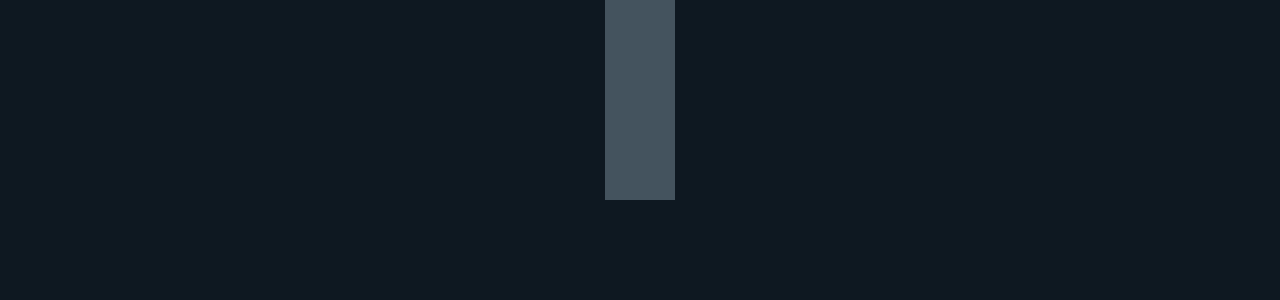
Repository: MarkLester10/TrafficLights
Page: index.html
The author's editor kept a copy of each file at every save. The page is drawn from the files as they stood at one save, then again after the next save.
The browser window is 1280 px wide. The pictures show the whole page.

Above is the page before, as saved 2020-06-24 15:51:54.

After the next save:
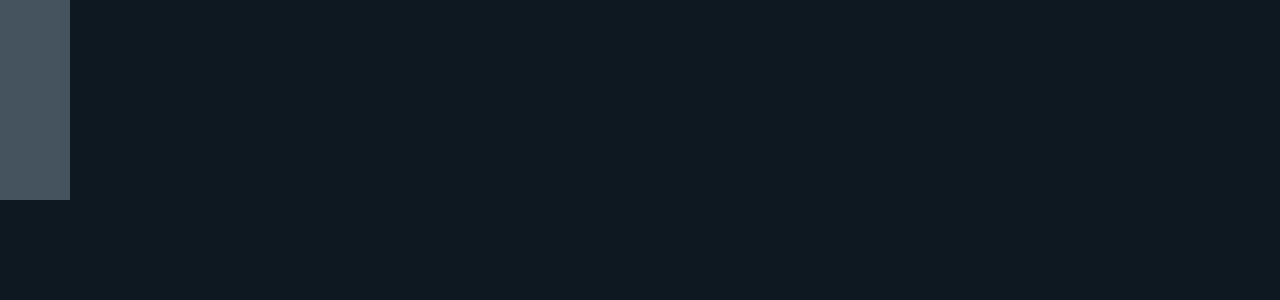
Saved 8 s later.
--- a/index.css
+++ b/index.css
@@ -4,10 +4,7 @@
 
 body {
   background-color: #0e1821;
-  display: flex;
-  align-items: center;
-  justify-content: center;
-  min-width: 100vh;
+
   margin: 0;
 }
 

After the save that followed:
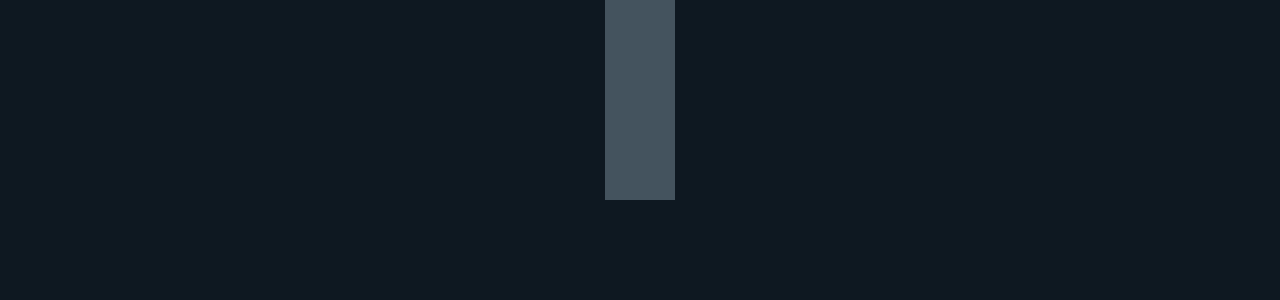
Saved 6 s later.
--- a/index.css
+++ b/index.css
@@ -4,8 +4,11 @@
 
 body {
   background-color: #0e1821;
-
   margin: 0;
+  display: flex;
+  align-items: center;
+  justify-content: center;
+  min-width: 100vh;
 }
 
 .container {
